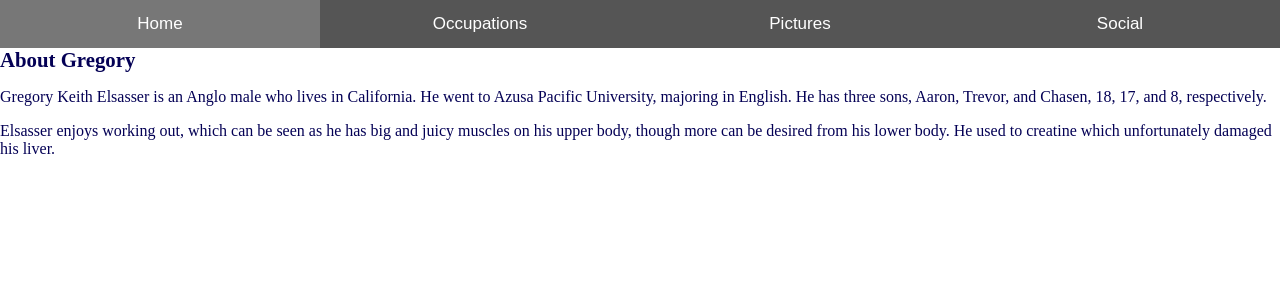
Repository: mtcheng7104/mtcheng7104.github.io
Page: website/website.html
The author's editor kept a record of every edit. The page is drawn from the files as they stood at one moment, then again after the next edit.
The browser window is 1280 px wide. The pictures show the whole page.

Above is the page before.

After the next edit:
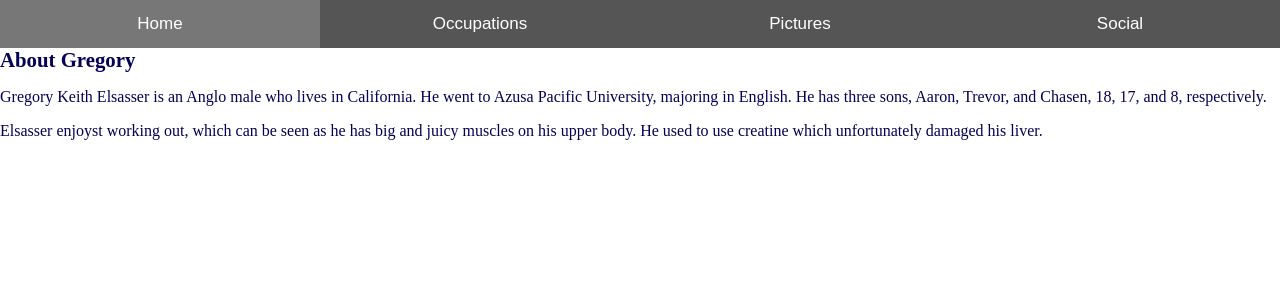
The edit:
--- a/website/website.html
+++ b/website/website.html
@@ -27,9 +27,8 @@
                 8, respectively.
             </p>
             <p>
-                Elsasser enjoys working out, which can be seen as he has big and juicy muscles on his upper body,
-                though more can be desired from his lower body. He used to creatine which unfortunately damaged
-                his liver.
+                Elsasser enjoyst working out, which can be seen as he has big and juicy muscles on his upper body.
+                He used to use creatine which unfortunately damaged his liver.
             </p>
         </div>
         <div id = "Occupations" class="tabcontent">
